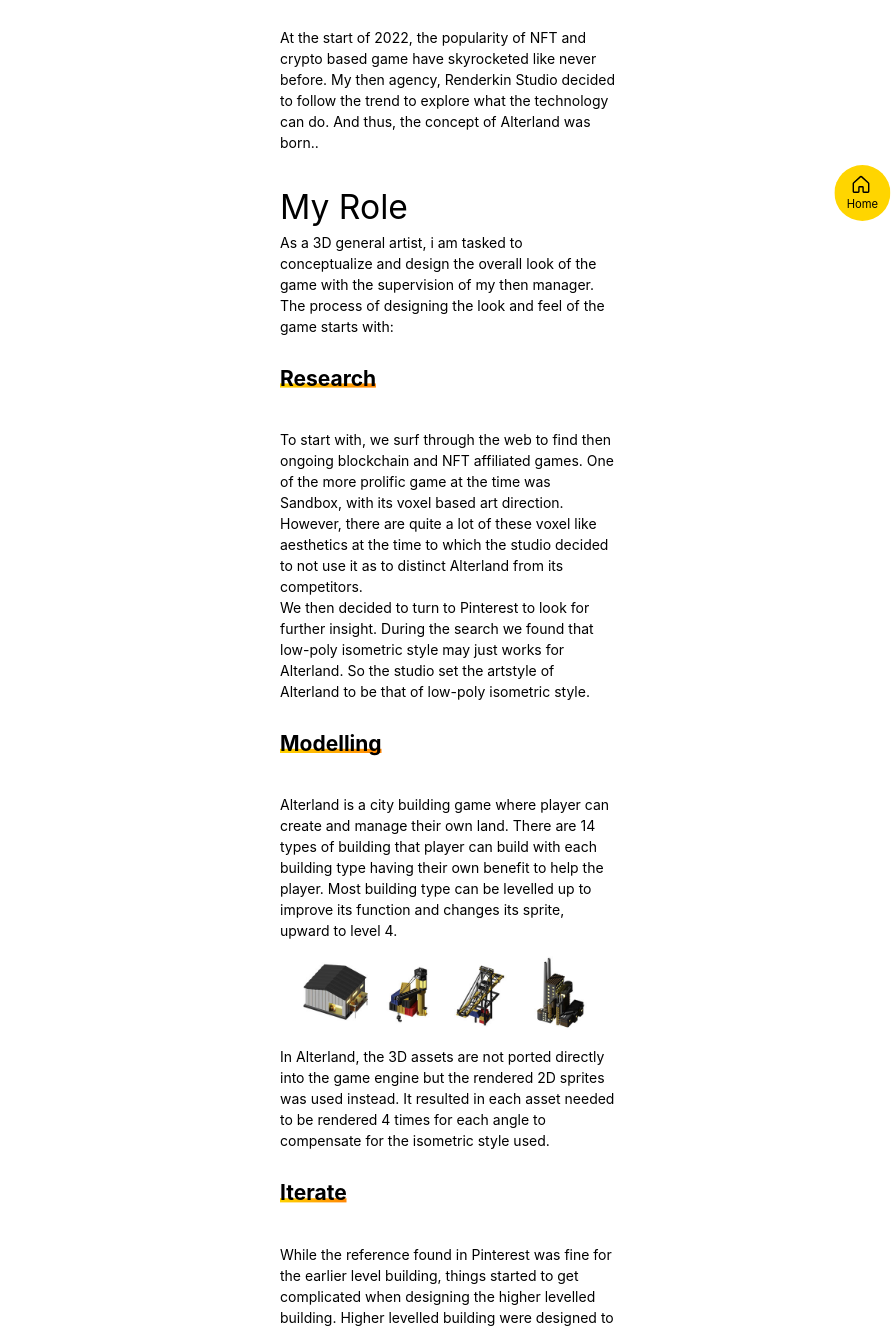
Repository: thortato/thortato.github.io
Page: /Alterland
An editor plug-in stored every save of this project. The page is shown before and after the next save, followed by the edit.
The browser window is 1280 px wide. The pictures show the part of the page from y = 384 to 2284 px (the page is 3850 px tall), at 70% of full size.
The project was rebuilt for these pictures with package versions that can differ from the ones it lists, and the page was loaded fresh each time. Also part of the build but not shown: src/App.css, src/Pages/Sidebar.js, src/Components/HeroImage.js, src/Pages/HeroSection.js, src/Pages/About.js, src/Components/Card.js, src/Pages/Works.js, src/Pages/ContactMe.js and 2 more.

Above is the page before, as saved 2023-10-04 20:05:37.

### public/index.html
<!DOCTYPE html>
<html lang="en">
  <head>
    <meta charset="utf-8" />
    <link rel="icon" href="%PUBLIC_URL%/favicon.ico" />
    <meta name="viewport" content="width=device-width, initial-scale=1" />
    <meta name="theme-color" content="#000000" />
    <meta
      name="description"
      content="Web site created using create-react-app"
    />
    <link rel="apple-touch-icon" href="%PUBLIC_URL%/logo192.png" />
    <!--
      manifest.json provides metadata used when your web app is installed on a
      user's mobile device or desktop. See https://developers.google.com/web/fundamentals/web-app-manifest/
    -->
    <link rel="manifest" href="%PUBLIC_URL%/manifest.json" />
    <!--
      Notice the use of %PUBLIC_URL% in the tags above.
      It will be replaced with the URL of the `public` folder during the build.
      Only files inside the `public` folder can be referenced from the HTML.

      Unlike "/favicon.ico" or "favicon.ico", "%PUBLIC_URL%/favicon.ico" will
      work correctly both with client-side routing and a non-root public URL.
      Learn how to configure a non-root public URL by running `npm run build`.
    -->
    <title>Javic's Portfolio Site</title>
  </head>
  <body>
    <noscript>You need to enable JavaScript to run this app.</noscript>
    <div id="root"></div>
    <!--
      This HTML file is a template.
      If you open it directly in the browser, you will see an empty page.

      You can add webfonts, meta tags, or analytics to this file.
      The build step will place the bundled scripts into the <body> tag.

      To begin the development, run `npm start` or `yarn start`.
      To create a production bundle, use `npm run build` or `yarn build`.
    -->
  </body>
</html>

### src/index.js
import React from 'react';
import ReactDOM from 'react-dom/client';
import './index.css';
import App from './App';
import { BrowserRouter } from 'react-router-dom';
import reportWebVitals from './reportWebVitals';

const root = ReactDOM.createRoot(document.getElementById('root'));
root.render(
  <React.StrictMode>
    <BrowserRouter>
      <App />
    </BrowserRouter>

  </React.StrictMode>
);

// If you want to start measuring performance in your app, pass a function
// to log results (for example: reportWebVitals(console.log))
// or send to an analytics endpoint. Learn more: https://bit.ly/CRA-vitals
reportWebVitals();

### src/index.css


body {
  margin: 0;
  font-family: -apple-system, BlinkMacSystemFont, 'Segoe UI', 'Roboto', 'Oxygen',
    'Ubuntu', 'Cantarell', 'Fira Sans', 'Droid Sans', 'Helvetica Neue',
    sans-serif;
  -webkit-font-smoothing: antialiased;
  -moz-osx-font-smoothing: grayscale;
}

code {
  font-family: source-code-pro, Menlo, Monaco, Consolas, 'Courier New',
    monospace;
}

@tailwind base;
@tailwind components;
@tailwind utilities;
@import url('https://fonts.googleapis.com/css2?family=Inter:wght@400;600&display=swap');

### src/App.js
import './App.css';
import './Components/Content.css';
import Sidebar from './Pages/Sidebar.js';
import Home from './Pages/Home';
import Footer from './Pages/Footer';
import ScrolltoTop from './ScrolltoTop';
import { Routes, Route} from 'react-router-dom';
import {WorkAlterland} from './Pages/Works/Work_Alterland.js';
import {WorkIntotheForest} from'./Pages/Works/Work_IntotheForest.js';


function App() {
  return (
    <>
        {/* <Sidebar /> */}
        <div className='flex flex-col '>
        <ScrolltoTop/>
        <Routes>
          <Route path='/' element={<Home/>} />
          <Route path='Alterland' element={<WorkAlterland/>} />
          <Route path='IntotheForest' element={<WorkIntotheForest/>} />
        </Routes>
        <Footer/>
        </div>



    </>
  );
}

export default App;

### src/Components/Content.css

html{
    /* scroll-snap-type: y mandatory;
    scroll-behavior: smooth; */
    font-family: 'Inter', sans-serif;
}

h1{
    font-size: 3rem;
    font-family: 'Inter', sans-serif;
}

h2{
    font-size: 2.5rem;
}

p{
    font-size: 1.25rem;
    font-weight: 400;
}


@media screen and (min-width:320px) and (max-width:480px) {
    .header{
        height: 150vh ;
        display: flex;
        align-items: center;
        justify-content: center;
        overflow: hidden;
    }

    .hero-container{
        width: 100%;
        padding: 10rem;
        display: flex;
        flex-direction: column;
    }

    .header-hero-text{
        animation-name: headerAnim;
        animation-duration: 2s;
    }

    .header-hero-text h1{
        font-size: 4rem;
        word-wrap:normal;
        font-weight: 900;
        line-height: 90%;
        margin-top: -60vh;
        /* text-align: center; */
    }

    .header-hero-image{
        translate: -15rem -10rem;
        transform: scale(.7);
        margin-top: -20%;
    }

    .header-effect{
        z-index: 0;
        animation: ScaleAnim;
        animation-duration: 2s;
        transform: scale(.7);
        position: absolute;
    }

    .header-robot{
        z-index: 1;
        animation: SlideAnim;
        animation-duration: 2s;
        transform: scale(.7);
        position: absolute;

    }

    .header-bomb{
        z-index:3;
        animation: SlideAnim;
        animation-duration: 3s;
        transform: scale(.7);
        position: absolute;
    }


}

@media screen and (min-width:640px){
    .header{
        /* scroll-snap-align: center;
        scroll-behavior:smooth; */
        height: 700px;
        width: 100vw;
        display: flex;
        align-items: center;
        justify-content: center;
        overflow: hidden;
    }

    .hero-container{
        width: 1000px;
        display: flex;
        align-items: center;
        justify-content: center;
        flex-direction: row;
        /* padding: 1rem; */
    }

    .header-hero-text h1{
        font-size: 6rem;
        font-weight: 900;
        line-height: 90%;
        /* margin-top: -25rem; */
        /* text-align: center; */
    }

    .header-hero-text p{
        margin-top: -3rem;
    }

    .header-hero-text, .header-hero-image{
        flex: 1;
        width: 30rem;
        height: 30rem;
        margin: auto;
        /* padding: 10px; */

    }

    .header-hero-text{
        animation-name: headerAnim;
        animation-duration: 2s;
    }

    .header-hero-image{
        translate: -9em -10em;
        transform: scale(.7);

    }

    /* Illustration Start */
    .header-effect{
        z-index: 0;
        animation: ScaleAnim;
        animation-duration: 2s;
        position: absolute;
        overflow: hidden;
    }

    .header-robot{
        z-index: 1;
        animation: SlideAnim;
        animation-duration: 2s;
        position: absolute;
        overflow: hidden;
    }

    .header-bomb{
        z-index:3;
        animation: SlideAnim;
        animation-duration: 3s;
        position: absolute;
        overflow: hidden;
    }
}



/* Illustration Animation Starts */
@keyframes headerAnim{
    0%{
        opacity: 0;
        translate: 0px 20px;
    }
    100%{
        opacity: 1;
        translate: 0px  0px;
    }
}

@keyframes SlideAnim{
    0%{
        translate: 60rem 0px;
    }

    5%{
        translate: 50rem 0px;
    }

    100%{
        translate: 0px 0px;
    }
}

@keyframes ScaleAnim{
    0%{
        transform: scale(0);
    }
    25%{
        transform: scale(.8rem);
    }
    100%{
        transform: scale(1rem);
    }
}
/* Illustration Animation End */


/* About */
@media screen and (min-width:320px) and (max-width:480px) {
    .about{
        display: flex;
        align-items: center;
        justify-content: center;
        height:130vh;
        margin-top: -50%;
        padding: 1rem;
    }

    .about-container{
        /* width: 100vw; */
        display: flex;
        flex-direction: column-reverse;
        z-index: 1;
    }

    .about-profile-picture, .about-profile-image{
        flex: 1;
        padding: 1rem;
        width:90%;
        border-radius: 100%;
    }

    .about-profile-description{
        flex:1;
        padding: 1rem;
        margin-top: -80px;
        display: flex;
        flex-direction: column;
        justify-content: center;
    }

    .about-profile-description-Sub{
        margin-top: -2rem;
    }

    .about-underline{
        background-image: linear-gradient(120deg, #ffd500 0%, #ff8605 100%);
        background-repeat: no-repeat;
        background-size: 100% 0.2em;
        background-position: 0 88%;
        transition: background-size 0.25s ease-in;
        &:hover {
            background-size: 100% 88%;

        }
    }
}

@media screen and (min-width:640px){
    .about{
        display: flex;
        align-items: center;
        justify-content: center;
        scroll-snap-align: center;
        margin-top: 10%;
        height:100%;
    }

    .about-container{
        width: 60rem;
        display: flex;
        flex-direction: row;
        z-index: 1;
    }

    .about-profile-picture, .about-profile-image{
        flex: 1;
        padding: 1rem;
        border-radius: 100%;
    }

    .about-picture-background{
        background-color: #ffd500;
        width: 1000px;
        height: inherit;
        transform: translateX(-100%);
        z-index: -99999;
        position: inherit;
    }

    .about-profile-description{
        flex:1;
        padding: 20px;
        margin-top: -80px;
        display: flex;
        flex-direction: column;
        justify-content: center;
    }

    .about-profile-description-Sub{
        margin-top: -20px;
    }

    .about-underline{
        background-image: linear-gradient(120deg, #ffd500 0%, #ff8605 100%);
        background-repeat: no-repeat;
        background-size: 100% 0.2em;
        background-position: 0 88%;
        transition: background-size 0.25s ease-in;
        &:hover {
            background-size: 100% 88%;

        }
    }

}

/* About Ends */

/* Works Starts */
.card-container{
    background-color: #ffd500;
    width: 22rem;
    height: 25rem;
    align-items: center;
    justify-content: center;
    /* margin-bottom: 20px; */
}

.card-container:hover{
    transform: scale(1.05);
    transition: all .2s ease-in-out;
    filter: drop-shadow(0 0 .25rem rgb(42, 42, 42));
}

.card-thumbnail{
    width: inherit;
    height: 12rem;
    margin-bottom: 10px;
}

.card-title{
    font-size: 1.5rem;
    font-weight: 750;
}

.card-caption{
    margin-bottom: 10%;
}

.card-title, .card-caption{
    margin-left: 5%;
}

@media screen and (min-width:320px) and (max-width:480px) {
    .works{
        display: flex;
        align-items: center;
        justify-content: space-around;
        flex-direction: column;
        margin-top: 10%;
        height: 100%;
    }

    .work-containers{
        display: flex;
        max-width: 80%;
        align-items: center;
        justify-content: center;
        gap: 2rem;
        flex-direction: column;
        padding: 2rem;
    }
}

@media screen and (min-width:640px) {
    .works{
        display: flex;
        align-items: center;
        justify-content: center;
        flex-direction: column;
        margin: 4rem 0;
        height: 40rem;
    }

    .work-containers{
        display: flex;
        justify-content: center;
        width: 85em;
        align-self: center;
        flex-direction: row;
        padding: 1rem;
        gap: 5rem;

    }
}
/* Works Ends */

/* ContactMe Starts */
@media screen and (min-width:320px) and (max-width:480px) {
    .contactMe{
        display: flex;
        align-items: center;
        justify-content: center;
        flex-direction: column;
        background-image: linear-gradient(120deg, #ffd500 0%, #ff8605 100%);
        background-repeat: no-repeat;
        height: 40rem;
        width: 100vw;
        font-family: 'Inter', sans-serif;
    }

    .contactMe-caption{
        font-size: 2.5rem;
        font-weight: 800;
        padding: 1rem;
        text-align: center;
    }
}

@media screen and (min-width:640px){
    .contactMe{
        display: flex;
        align-items: center;
        justify-content: center;
        flex-direction: column;
        background-image: linear-gradient(120deg, #ffd500 0%, #ff8605 100%);
        background-repeat: no-repeat;
        height: 40rem;
        width: 100vw;
        font-family: 'Inter', sans-serif;
    }

    .contactMe-caption{
        font-size: 2.5rem;
        font-weight: 800;
        padding: 1rem;
    }
}

.contactMe-button{
    background-color: black;
    color: white;
    border-radius: 16px;
    padding: 8px;
    width:10rem;
}

.footer{
    background-color: #f2f2f2;
    width: 100vw;
    height: 6rem;
    display: flex;
    flex-direction: row;
    align-items: center;
    justify-content: center;
    font-family: 'Inter', sans-serif;
}

### src/Pages/Footer.js
import '../Components/Content.css';

export default function Footer(){
    return(
        <div>
            <div className="footer">
                    Built by Javic Rotanson. Inspired by Yo-star.com
            </div>
        </div>
    );

}


// .footer{
//     background-color: #f2f2f2;
//     width: 100vw;
//     height: 6rem;
//     display: flex;
//     flex-direction: row;
//     align-items: center;
//     justify-content: center;
//     font-family: 'Inter', sans-serif;
// }

### src/Pages/Works/Work_Alterland.js
import "./../../Components/Content.css";
import "./works.css";
import { Link } from "react-router-dom";
import HeroIllustration from "../../Assets/Image/Hero_Alterland.png";
import MayorsIllustration from "./../../Assets/Image/Alterland_Asset/Mayors.png";
import LevelIllustration from "./../../Assets/Image/Alterland_Asset/PowerLv1_Lv4.jpg";
import ComparisonIllustration from "./../../Assets/Image/Alterland_Asset/AlterlandComparison.jpg";
import { HomeButton } from "../../Components/HomeButton";

export function WorkAlterland() {
  return (

    <div>
      <HomeButton/>
        <div className="relative">
      {/* Image */}
      <img
        className="brightness-50 w-full md:h-96"
        src={HeroIllustration}
        alt="Hero Illustration"
      />

      {/* Text */}
      <div className="absolute top-8 md:top-32 left-0 right-0 text-center white-text font-bold">
        <h1>Alterland</h1>
        <p>City Building Game</p>
        <p>January 2022 - May 2022</p>
      </div>
    </div>

      <div className="flex flex-col gap-10 px-5 md:px-[400px] mt-10">
        <div>
          <p>
            At the start of 2022, the popularity of NFT and crypto based game
            have skyrocketed like never before. My then agency, Renderkin Studio
            decided to follow the trend to explore what the technology can do.
            And thus, the concept of Alterland was born..
          </p>
        </div>

        <div>
          <h1>My Role</h1>
          <p>
            As a 3D general artist, i am tasked to conceptualize and design the
            overall look of the game with the supervision of my then manager.
          </p>
          <p>
            The process of designing the look and feel of the game starts with:
          </p>
        </div>
        <div>
          <h2 className="text-3xl font-bold md:mb-14">
            <span className="highlight">Research</span>
          </h2>
          <p>
            To start with, we surf through the web to find then ongoing
            blockchain and NFT affiliated games. One of the more prolific game
            at the time was Sandbox, with its voxel based art direction.
            However, there are quite a lot of these voxel like aesthetics at the
            time to which the studio decided to not use it as to distinct
            Alterland from its competitors.
          </p>
          <p>
            We then decided to turn to Pinterest to look for further insight.
            During the search we found that low-poly isometric style may just
            works for Alterland. So the studio set the artstyle of Alterland to
            be that of low-poly isometric style.
          </p>
        </div>
        <div>
          <h2 className="text-3xl font-bold md:mb-14">
            <span className="highlight">Modelling</span>
          </h2>
          <p>
            Alterland is a city building game where player can create and manage
            their own land. There are 14 types of building that player can build
            with each building type having their own benefit to help the player.
            Most building type can be levelled up to improve its function and
            changes its sprite, upward to level 4.
          </p>
          <img src={LevelIllustration} alt="Level" className="p-5" />
          <p>
            In Alterland, the 3D assets are not ported directly into the game
            engine but the rendered 2D sprites was used instead. It resulted in
            each asset needed to be rendered 4 times for each angle to
            compensate for the isometric style used.
          </p>
        </div>
        <div>
          <h2 className="text-3xl font-bold md:mb-14">
            <span className="highlight">Iterate</span>
          </h2>
          <p>
            While the reference found in Pinterest was fine for the earlier
            level building, things started to get complicated when designing the
            higher levelled building. Higher levelled building were designed to
            look more complex to make the player feel the progression they made
            when upgrading buildings.
          </p>
          <p>
            These complexity of course, runs against the aforementioned low-poly
            style. We decided to use SimCity as example for higher levelled
            building while slightly compensating the complexity for a more
            casual low-poly style.
          </p>
          <img src={ComparisonIllustration} alt="Comparison" className="p-5" />
        </div>
        <div>
          <h2 className="text-3xl font-bold md:mb-14">
            <span className="highlight">Result</span>
          </h2>
          <p>
            Over the course of three months, I created approximately 65 assets
            for the game, each crafted with shading, texturing and lighting
            effects. Additionally, I've also created six character portraits
            intended for in-game uses.
          </p>
          <p>
            However, as the hype surrounding NFTs and crypto dwindled down, this
            project was sadly suspended indefinitely. Nevertheless, as my first
            project I am grateful for the experience gained and the opportunity
            to enhance my 3D skills through my involvement in the Alterland
            project.
          </p>
          <img src={MayorsIllustration} alt="Mayor" className="p-5 mb-20" />
        </div>
      </div>
    </div>
  );
}

### src/Components/Sidebar.css
/* @import url('https://fonts.googleapis.com/css?family=Josefin+Sans'); */

.sidebar{
    font-family: 'Josefin Sans';
    background-color: rgb(255, 205, 22);
    width: 20%;
    height: 100%;
    position:fixed!important;
    z-index:5;
    overflow: auto;
    display: flex;
    flex-direction: column;
    transform-origin: 0%;
    filter: drop-shadow(5px 0 15px #454545);


  }

a:link { text-decoration: none; }

a:visited { text-decoration: none; color: #000000; }

a:hover { text-decoration: none; }

a:active { text-decoration: none; }

.collapse{
  transform: translateX(-110%);
  transition: 0.5s ease;
}

.toggle{
  transform: translateX(0%);
  transition: 0.5s ease;
}

.option{
  display: flex;
  margin:0 0;
  padding: 20px 0 20px 20px;
  font-size: 20px;
  gap: 8px;
  align-items:center ;

}

.option:hover{
  background-color: black;
  padding: 20px 0 20px 20px;
  margin: 0 0;
  color: white;
  transition: background-color 0.5s ease
}

.subtitle{
  font-size: 200%;
  font-weight: 500;
  margin-left: 20px;
  font-weight: 1000;
  display: flex;
  align-items: center;
}

.toggleButton{
  background:none;
  border: none;
  color: antiquewhite;
  font-size: 30px;
  margin-left: 20px;
  margin-top: 20px;
  position: fixed;

}

.closeButton{
  background:none;
  border: none;
  font-size: 30px;
  margin-left: 100px;
}

.buttonALign{
  bottom: 50px;
}

### src/Pages/Works/works.css
.hero-banner{
    height: 25rem;
    width: 100vw;
    filter: brightness(50%);
}

.text{
    position: absolute;
    top: 0;
    bottom: 0;
    left: 0;
    right: 0;
    display: flex;
    align-items: center;
    color: #f2f2f2;
    flex-direction: column;
    filter: drop-shadow(10px 10px 10px #404040);
}

.text > h1{
    font-size: 6rem;
    margin-bottom: 0px;
}

.text > p{
    font-size: 1rem;
    margin: 0px auto;

}


.description-container{
    display: flex;
    flex-direction: column;
    justify-content: center;
    align-items: center;

}

.text-container{
    display: flex;
    flex-direction: column;
    padding: 0 6rem;
    justify-content: center;
    /* align-items: center; */
    /* flex: 7; */

}

/* .section-row{
    display: flex;
    flex-direction: row;
    justify-items: center;
    height: auto;
    padding: 10px;
    width: 1000px;
} */

.section-column{
    display: flex;
    flex-direction: column;
    justify-content: center;
    height: auto;
    padding: 10px;
    width: 60rem;
}

.image{
    margin: 5rem;
    z-index: 5;
}

.work-header{
    position: relative;
}

.highlight{
    background-image: linear-gradient(120deg, #ffd500 0%, #ff8605 100%);
    background-repeat: no-repeat;
    background-size: 100% 0.2em;
    background-position: 0 88%;
}

.white-text{
    color: white;
}

### src/Components/HomeButton.js
import { House} from "phosphor-react";
import { Link } from "react-router-dom";

export const HomeButton = () =>{
    return(
        <div className="bg-amber w-20 h-20 mx-auto rounded-full fixed bottom-5 right-2 flex items-center justify-center z-50" >
            <Link to="/">
            <House className="ml-1" size={32}/>
            Home
            </Link>
        </div>
    );
}

### tailwind.config.js
/** @type {import('tailwindcss').Config} */
module.exports = {
  content: [
    "./src/**/*.{js,jsx,ts,tsx}",
  ],
  theme: {
    extend: {},
    colors:{
      "amber" : "#FFD500"
    },
    fontFamily: {
      // sans: ['"Montserrat"', 'sans-serif'],
      sans: ['"Inter"', "sans-serif"],
    },
  },
  plugins: [],
}

Loaded but not shown: src/reportWebVitals.js (common file); src/ScrolltoTop.js (common file)

After the next save:
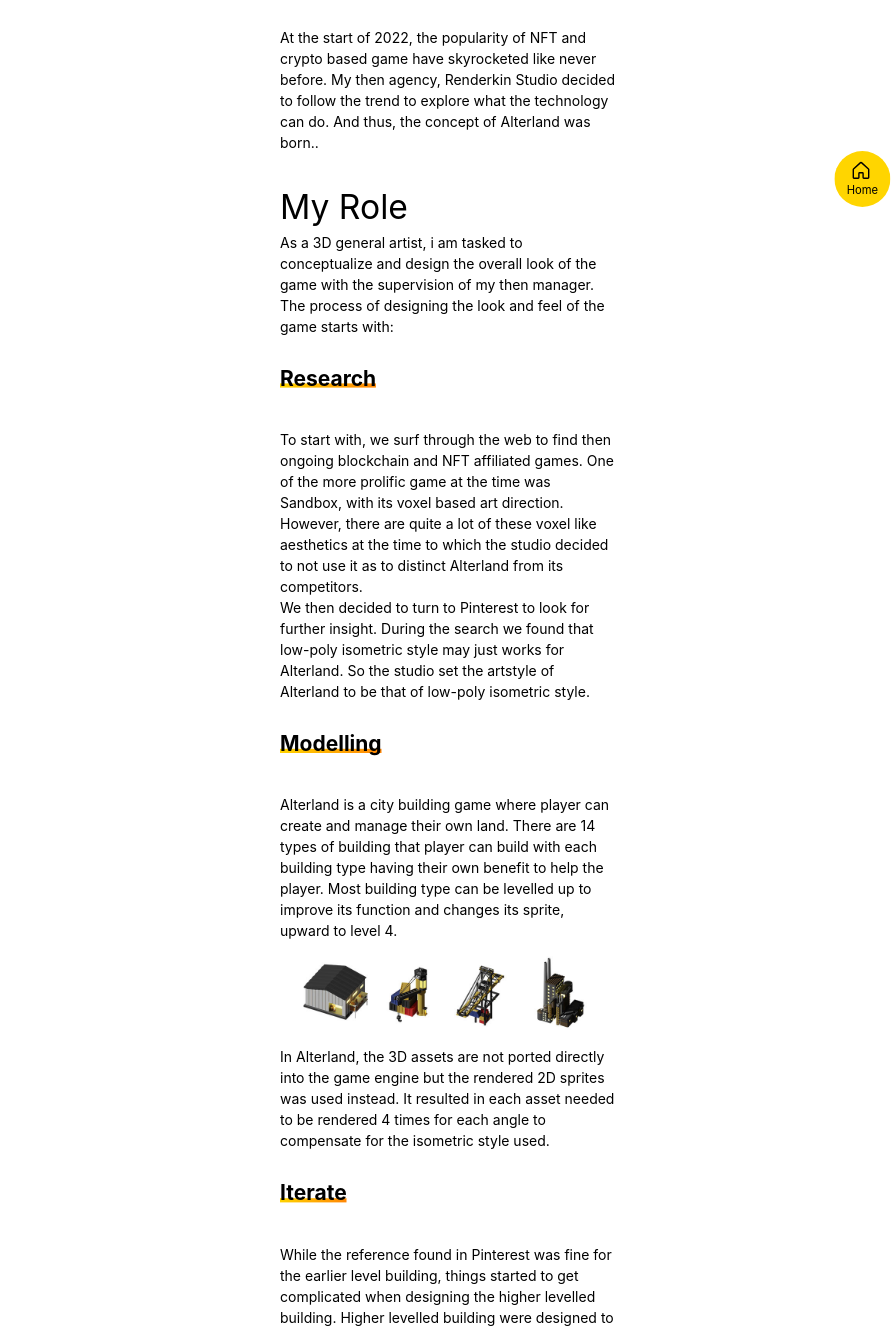
Saved 4 s later.
--- a/src/Components/HomeButton.js
+++ b/src/Components/HomeButton.js
@@ -3,7 +3,7 @@
 
 export const HomeButton = () =>{
     return(
-        <div className="bg-amber w-20 h-20 mx-auto rounded-full fixed bottom-5 right-2 flex items-center justify-center z-50" >
+        <div className="bg-amber w-20 h-20 mx-auto rounded-full fixed bottom-10 right-2 flex items-center justify-center z-50" >
             <Link to="/">
             <House className="ml-1" size={32}/>
             Home
